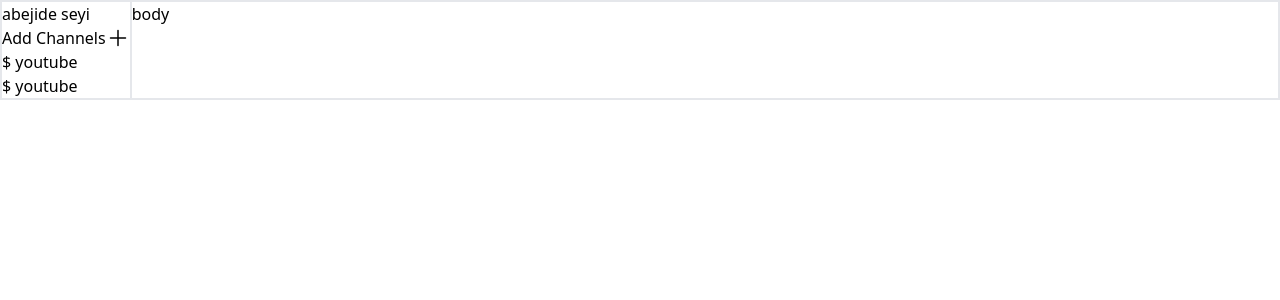
Repository: Semanmernstack/chat-mini
Page: /
The author's editor kept a copy of each file at every save. The page is drawn from the files as they stood at one save, then again after the next save.
The browser window is 1280 px wide. The pictures show the whole page.
The project was rebuilt for these pictures with package versions that can differ from the ones it lists, and the page was loaded fresh each time. Also part of the build but not shown: src/features/counter/Counter.module.css, src/features/counter/Counter.js.

Above is the page before, as saved 2022-11-14 05:33:33.

After the next save:
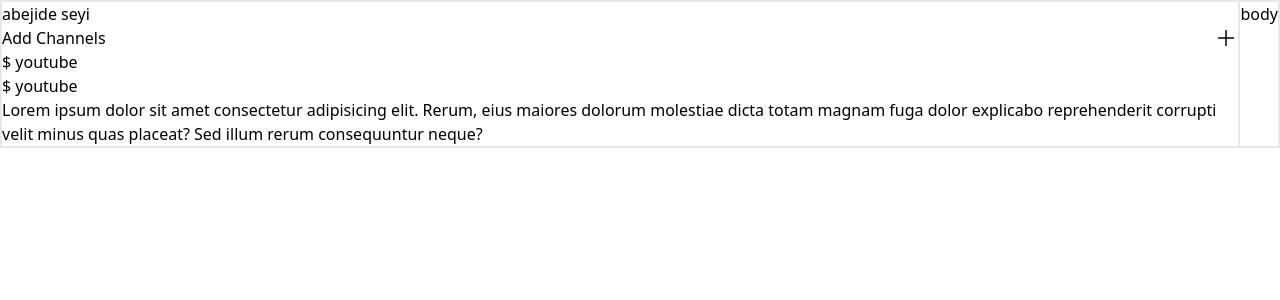
Saved 21 s later.
--- a/src/Sidebar.js
+++ b/src/Sidebar.js
@@ -3,7 +3,7 @@ import Sidebarlist from './app/Sidebarlist'
 
 function Sidebar() {
   return (
-    <div className="flex flex-col flex-0.4 border-r-2 w-fit ">
+    <div className="flex flex-col flex-0.4 border-r-2  ">
         <div>
             <h1>abejide seyi</h1>
         </div>
@@ -15,6 +15,7 @@ function Sidebar() {
         </div>
         <Sidebarlist/>
         <Sidebarlist/>
+        <h1>Lorem ipsum dolor sit amet consectetur adipisicing elit. Rerum, eius maiores dolorum molestiae dicta totam magnam fuga dolor explicabo reprehenderit corrupti velit minus quas placeat? Sed illum rerum consequuntur neque?</h1>
     </div>
   )
 }
